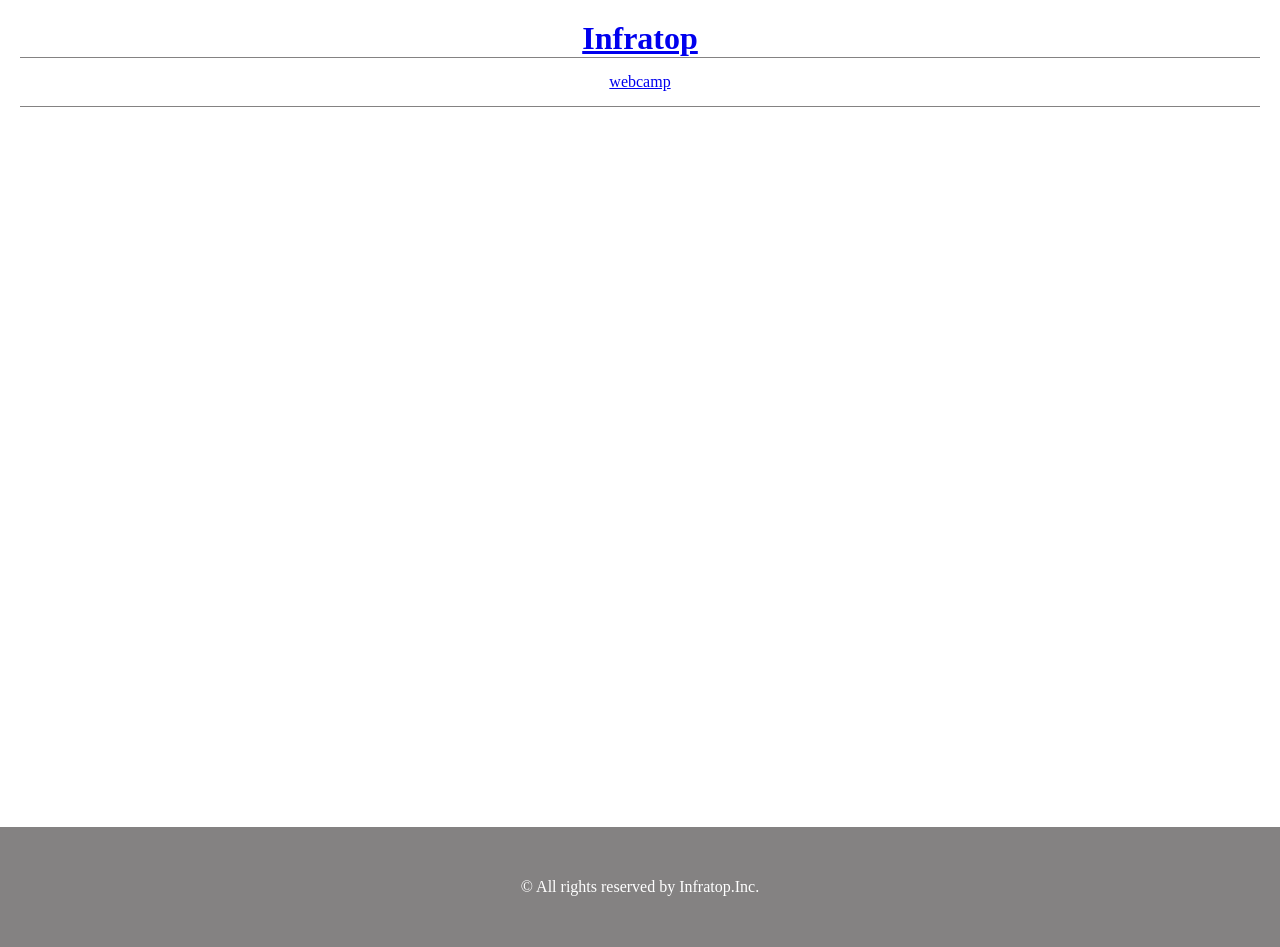
Repository: tkikokiko/webcamp-practice
Page: 1-5/index1-5.html
The author's editor kept a record of every edit. The page is drawn from the files as they stood at one moment, then again after the next edit.
The browser window is 1280 px wide. The pictures show the whole page.

Above is the page before.

### 1-5/index1-5.html
<!DOCTYPE html>
<!DOCTYPE html>
<html lang="ja">
  <head>
    <meta charset="UTF-8" />
    <link rel="stylesheet" href="style1-5.css" />
    <title>kadai1-5</title>
  </head>

  <body>
    <header>
      <h1 class="heading">
        <a href="index1-5.html">
          Infratop
        </a>
      </h1>

      <nav>
        <ul class="nav-list">
          <li class="nav-list-item">
            <a href="index1-5.html">
              webcamp
            </a>
          </li>
        </ul>
      </nav>
    </header>

    <div class=main>

    </div>

    <footer>
      <p class="footer-text">© All rights reserved by Infratop.Inc.</p>
    </footer>
  </body>

</html>

### 1-5/style1-5.css
* {
  margin: 0;
  padding: 0;
  box-sizing: border-box;
  /*color: #6c6b6b;*/
}

header {
  width: 100%;
  padding: 20px 0;
  margin: 0 auto;
  text-align: center;

}

header .heading {
  font-size: 32px
  /*line-height: 72px;*/
}

.nav-list {
  text-align: center;
  padding: 15px;
  margin:  0 20px;
  border-top:solid 1px #848282;
  border-bottom:solid 1px #848282;
}

.nav-list-item {
  list-style: none;
  display: inline-block;
  margin: 0 20px;
}

.main {
  width: 100%;
  height: 700px;
  display: flex;
  justify-content: center;
  margin: 0 auto;
  flex-wrap: wrap;
}

.box1-left {
  width: 200px;
  height: 200px;
  background-color: #e6ffe9;
}
.box1-center-left {
  width: 200px;
  height: 200px;
  background-color: #cbffd3;
}
.box1-center-right {
  width: 200px;
  height: 200px;
  background-color: #aeffbd;
}
.box1-right {
  width: 200px;
  height: 200px;
  background-color: #93ffab;
}

.box2-left {
  width: 200px;
  height: 200px;
  background-color: #f3ffd8;
}
.box2-center-left {
  width: 200px;
  height: 200px;
  background-color: #edffbe;
}
.box2-center-right {
  width: 200px;
  height: 200px;
  background-color: #e9ffa5;
}
.box1-right {
  width: 200px;
  height: 200px;
  background-color: #93ffab;
}

.box1-left {
  width: 200px;
  height: 200px;
  background-color: #e6ffe9;
}
.box1-center-left {
  width: 200px;
  height: 200px;
  background-color: #cbffd3;
}
.box1-center-right {
  width: 200px;
  height: 200px;
  background-color: #aeffbd;
}
.box1-right {
  width: 200px;
  height: 200px;
  background-color: #93ffab;
}
footer{
  width: 100%;
  height: 120px;
  text-align: center;
  line-height: 120px;
  background-color: #848282;
}

.footer-text {
  color: #fff;
}

After the next edit:
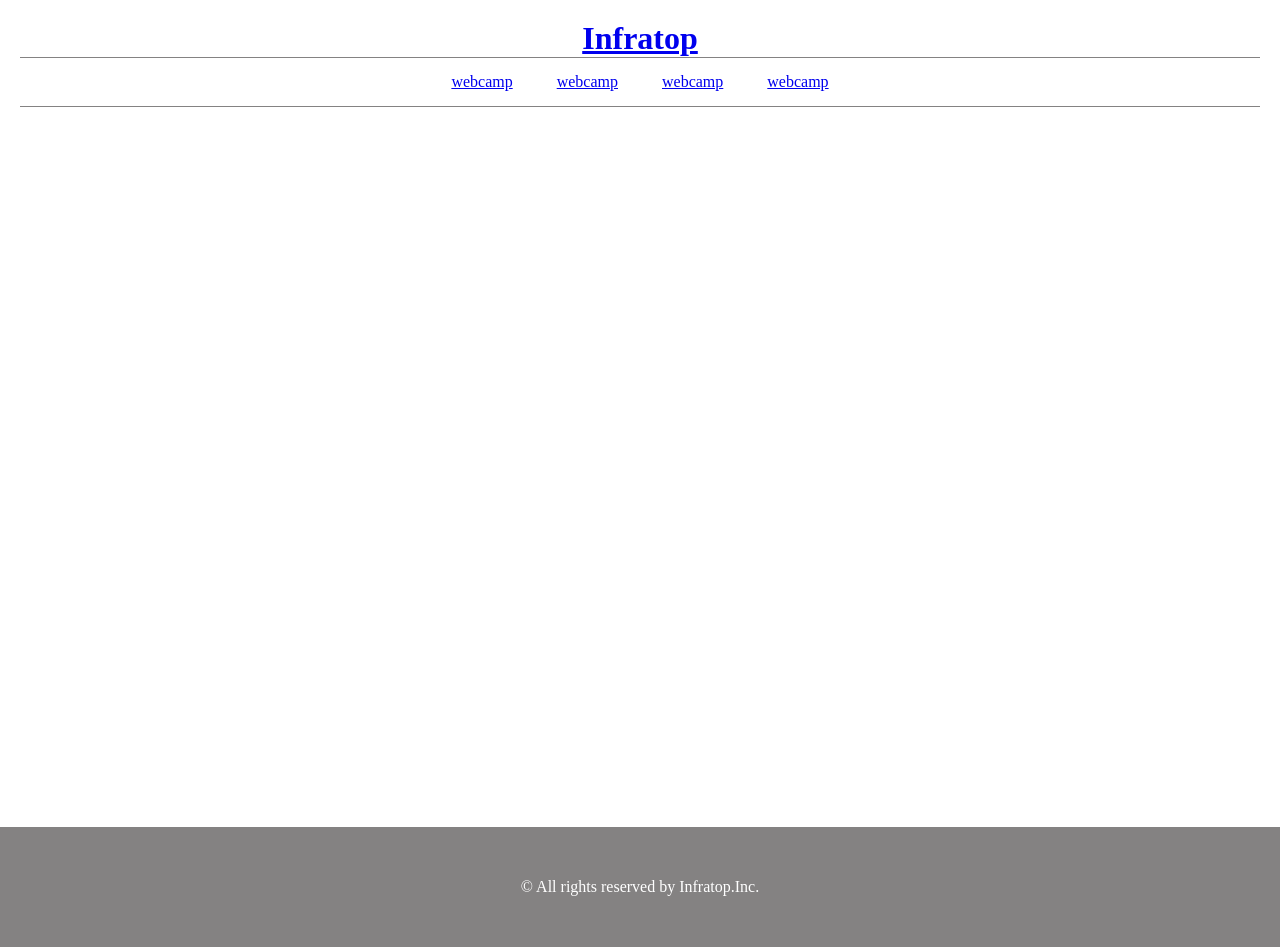
The edit:
--- a/1-5/index1-5.html
+++ b/1-5/index1-5.html
@@ -22,6 +22,21 @@
               webcamp
             </a>
           </li>
+          <li class="nav-list-item">
+            <a href="index1-5.html">
+              webcamp
+            </a>
+          </li>
+          <li class="nav-list-item">
+            <a href="index1-5.html">
+              webcamp
+            </a>
+          </li>
+          <li class="nav-list-item">
+            <a href="index1-5.html">
+              webcamp
+            </a>
+          </li>
         </ul>
       </nav>
     </header>
